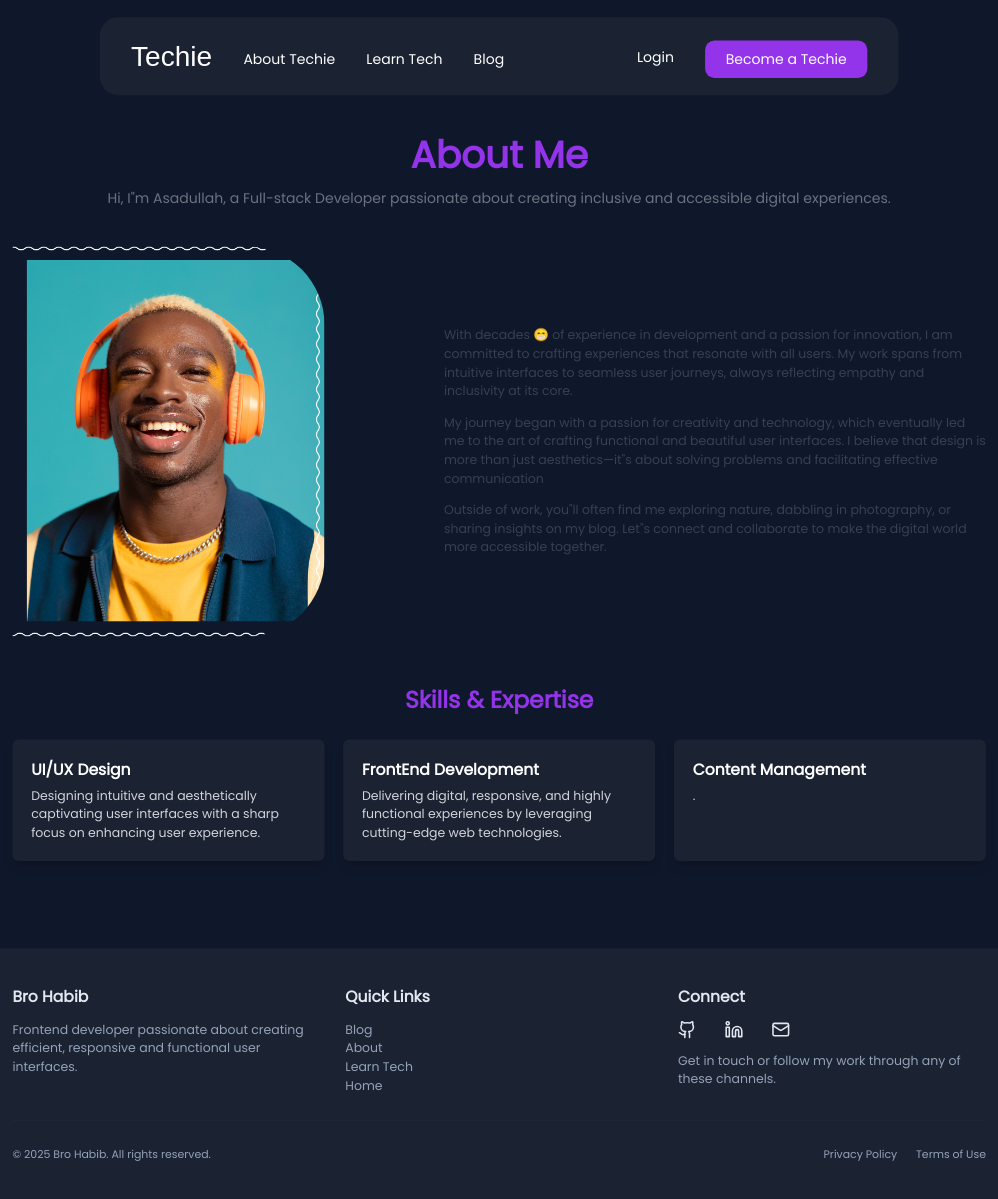
Repository: asadullah48/data-fetch
Page: /about
An editor plug-in stored every save of this project. The page is shown before and after the next save, followed by the edit.
The browser window is 1280 px wide. The pictures show the whole page, at 78% of full size.
Some web fonts or font styles are not loaded; a fallback is used. The project was rebuilt for these pictures with package versions that can differ from the ones it lists, and the page was loaded fresh each time. The framework's server and built-in components were replaced by stand-ins that run in the browser. Also part of the build but not shown: next.config.mjs.

Above is the page before, as saved 2025-01-15 12:41:30.

After the next save:
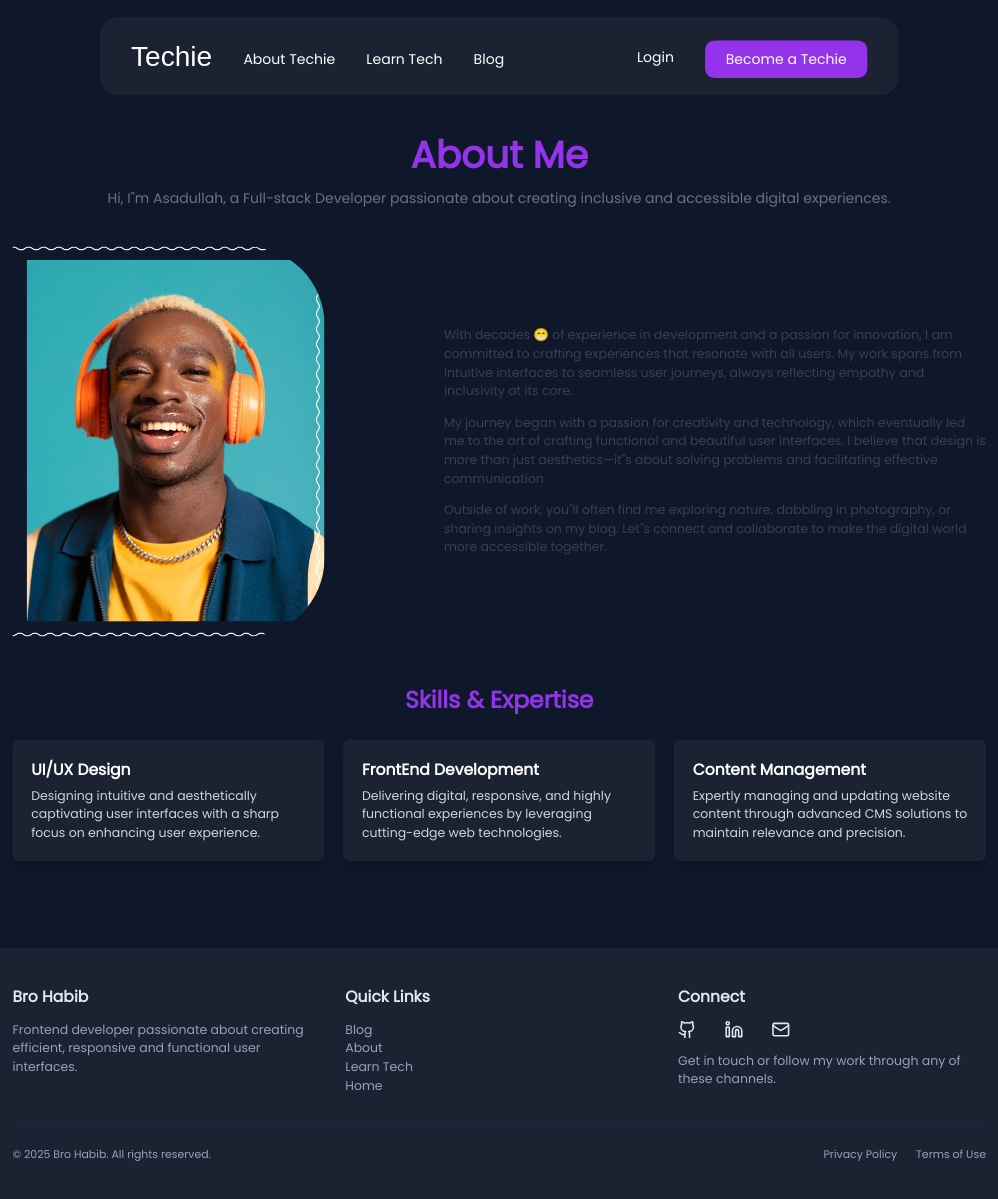
Saved 54 s later.
--- a/src/app/about/page.tsx
+++ b/src/app/about/page.tsx
@@ -68,7 +68,7 @@ export default function About() {
                     <div className="bg-[#1b2232] text-white rounded-lg shadow-lg p-6">
                         <h3 className="text-xl font-semibold mb-2">Content Management</h3>
                         <p className="text-gray-300">
-                            .
+                        Expertly managing and updating website content through advanced CMS solutions to maintain relevance and precision.
                         </p>
                     </div>
                 </div>
